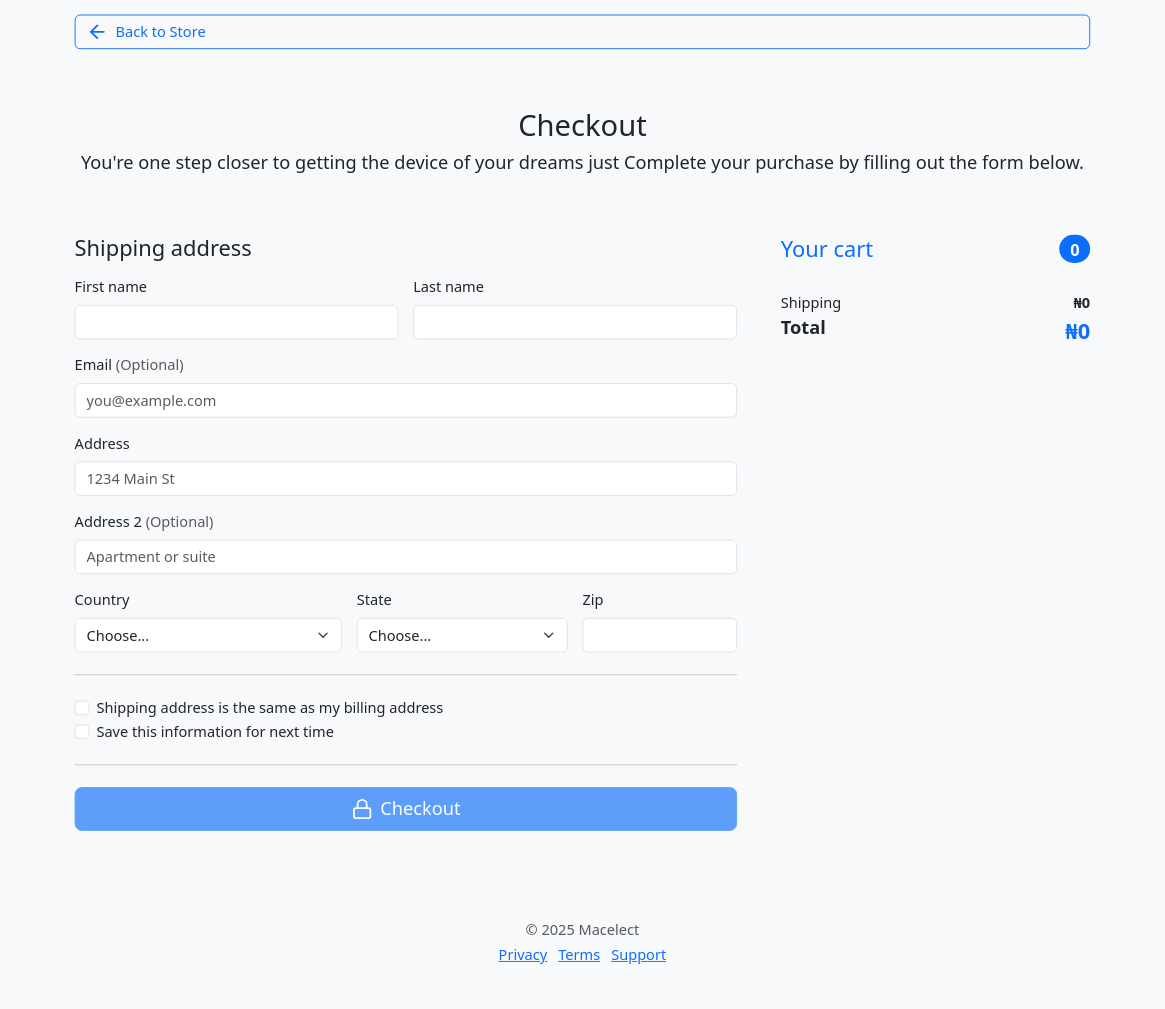
Repository: Davidobi21/macelect
Page: frontend/pages/checkout.html
An editor plug-in stored every save of this project. The page is shown before and after the next save, followed by the edit.
The browser window is 1280 px wide. The pictures show the whole page, at 91% of full size.

Above is the page before, as saved 2025-04-30 07:14:16.

### frontend/pages/checkout.html
<!DOCTYPE html>
<html lang="en">
<head>
  <meta charset="UTF-8">
  <meta name="viewport" content="width=device-width, initial-scale=1.0">
  <title>Checkout</title>
  <script src="https://cdn.jsdelivr.net/npm/lucide@latest/dist/umd/lucide.min.js"></script>
  <link href="https://cdn.jsdelivr.net/npm/bootstrap@5.3.0-alpha1/dist/css/bootstrap.min.css" rel="stylesheet">
</head>
<body class="bg-light">
  <div class="container">
    <!-- Back Button -->
    <div class="py-3">
      <a href="../pages/products.html" class="btn btn-outline-primary d-flex align-items-center gap-2">
        <i data-lucide="arrow-left"></i> Back to Store
      </a>
    </div>

    <main>
      <div class="py-5 text-center">
        <h2>Checkout</h2>
        <p class="lead">You're one step closer to getting the device of your dreams just Complete your purchase by filling out the form below.</p>
      </div>

      <div class="row g-5">
        <!-- Cart Summary -->
        <div class="col-md-5 col-lg-4 order-md-last">
          <h4 class="d-flex justify-content-between align-items-center mb-3">
            <span class="text-primary">Your cart</span>
            <span class="badge bg-primary rounded-pill cart-count">0</span>
          </h4>
          <ul class="list-group mb-3" id="cart-summary">
            <!-- Cart items will be dynamically populated here -->
          </ul>
          <li class="list-group-item d-flex justify-content-between">
            <span>Shipping</span>
            <strong id="shipping-cost">₦0</strong>
          </li>
          <li class="list-group-item d-flex justify-content-between">
            <span class="fs-5 fw-bold">Total</span>
            <strong id="cart-total" class="fs-4 fw-bold text-primary">₦0</strong>
          </li>
        </div>

        <!-- Billing Form -->
        <div class="col-md-7 col-lg-8">
          <h4 class="mb-3">Shipping address</h4>
          <form>
            <div class="row g-3">
              <div class="col-sm-6">
                <label for="firstName" class="form-label">First name</label>
                <input type="text" class="form-control" id="firstName" placeholder="" value="" required>
              </div>

              <div class="col-sm-6">
                <label for="lastName" class="form-label">Last name</label>
                <input type="text" class="form-control" id="lastName" placeholder="" value="" required>
              </div>

              <div class="col-12">
                <label for="email" class="form-label">Email <span class="text-muted">(Optional)</span></label>
                <input type="email" class="form-control" id="email" placeholder="you@example.com">
              </div>

              <div class="col-12">
                <label for="address" class="form-label">Address</label>
                <input type="text" class="form-control" id="address" placeholder="1234 Main St" required>
              </div>

              <div class="col-12">
                <label for="address2" class="form-label">Address 2 <span class="text-muted">(Optional)</span></label>
                <input type="text" class="form-control" id="address2" placeholder="Apartment or suite">
              </div>

              <div class="col-md-5">
                <label for="country" class="form-label">Country</label>
                <select class="form-select" id="country" required>
                  <option value="">Choose...</option>
                  <option value="Nigeria">Nigeria</option>
                  <option value="United States">United States</option>
                </select>
              </div>

              <div class="col-md-4">
                <label for="state" class="form-label">State</label>
                <select class="form-select" id="state" required>
                  <option value="">Choose...</option>
                  <option value="Lagos">Lagos</option>
                  <option value="California">California</option>
                </select>
              </div>

              <div class="col-md-3">
                <label for="zip" class="form-label">Zip</label>
                <input type="text" class="form-control" id="zip" placeholder="" required>
              </div>
            </div>

            <hr class="my-4">

            <div class="form-check">
              <input type="checkbox" class="form-check-input" id="same-address">
              <label class="form-check-label" for="same-address">Shipping address is the same as my billing address</label>
            </div>

            <div class="form-check">
              <input type="checkbox" class="form-check-input" id="save-info">
              <label class="form-check-label" for="save-info">Save this information for next time</label>
            </div>

            <hr class="my-4">

            <button id="checkoutButton" class="w-100 btn btn-primary btn-lg d-flex align-items-center justify-content-center gap-2" type="submit" disabled>
              <i id="padlockIcon" data-lucide="lock"></i> Checkout
            </button>
          </form>
        </div>
      </div>
    </main>

    <footer class="my-5 pt-5 text-muted text-center text-small">
      <p class="mb-1">© 2025 Macelect</p>
      <ul class="list-inline">
        <li class="list-inline-item"><a href="../pages/fqa.html">Privacy</a></li>
        <li class="list-inline-item"><a href="../pages/fqa.html">Terms</a></li>
        <li class="list-inline-item"><a href="../pages/fqa.html">Support</a></li>
      </ul>
    </footer>
  </div>
  <script src="https://cdn.jsdelivr.net/npm/bootstrap@5.3.0-alpha1/dist/js/bootstrap.bundle.min.js"></script>
  <script>
    document.addEventListener("DOMContentLoaded", () => {
      lucide.createIcons(); // Initialize Lucide icons

      const cartSummary = document.getElementById("cart-summary");
      const cartTotal = document.getElementById("cart-total");
      const shippingCostElement = document.getElementById("shipping-cost");
      const cartCount = document.querySelector(".cart-count");
      const countrySelect = document.getElementById("country");
      const stateSelect = document.getElementById("state");
      const checkoutButton = document.getElementById("checkoutButton");
      const padlockIcon = document.getElementById("padlockIcon");
      const formInputs = document.querySelectorAll("#firstName, #lastName, #email, #address, #country, #state, #zip");

      const cart = JSON.parse(localStorage.getItem("cart")) || [];
      let total = 0;

      function calculateShippingCost(country, state) {
        if (country === "Nigeria") {
          if (state === "Lagos") return 500; // Example shipping cost for Lagos
          return 1000; // Example shipping cost for other states in Nigeria
        } else if (country === "United States") {
          return 5000; // Example shipping cost for the US
        }
        return 0; // Default shipping cost
      }

      function updateCartSummary() {
        cartSummary.innerHTML = ""; // Clear existing content
        total = 0;

        cart.forEach(item => {
          const itemTotal = item.price * item.quantity;
          total += itemTotal;

          const listItem = document.createElement("li");
          listItem.className = "list-group-item d-flex justify-content-between lh-sm";
          listItem.innerHTML = `
            <div>
              <h6 class="my-0">${item.name}</h6>
              <small class="text-muted">Quantity: ${item.quantity}</small>
            </div>
            <span class="text-muted">₦${itemTotal.toLocaleString()}</span>
          `;
          cartSummary.appendChild(listItem);
        });

        const country = countrySelect.value;
        const state = stateSelect.value;
        const shippingCost = calculateShippingCost(country, state);

        shippingCostElement.textContent = `₦${shippingCost.toLocaleString()}`;
        cartTotal.textContent = `₦${(total + shippingCost).toLocaleString()}`;
        cartCount.textContent = cart.reduce((count, item) => count + item.quantity, 0);

        validateCheckoutButton(); // Check if the button should be enabled
      }

      function validateCheckoutButton() {
        const isFormValid = Array.from(formInputs).every(input => input.value.trim() !== "");
        const isCartNotEmpty = cart.length > 0;

        if (isFormValid && isCartNotEmpty) {
          checkoutButton.disabled = false;
          padlockIcon.setAttribute("data-lucide", "unlock");
        } else {
          checkoutButton.disabled = true;
          padlockIcon.setAttribute("data-lucide", "lock");
        }
        lucide.createIcons(); // Refresh Lucide icons
      }

      formInputs.forEach(input => {
        input.addEventListener("input", validateCheckoutButton);
      });

      countrySelect.addEventListener("change", updateCartSummary);
      stateSelect.addEventListener("change", updateCartSummary);

      updateCartSummary(); // Initial update
    });
  </script>
</body>
</html>

After the next save:
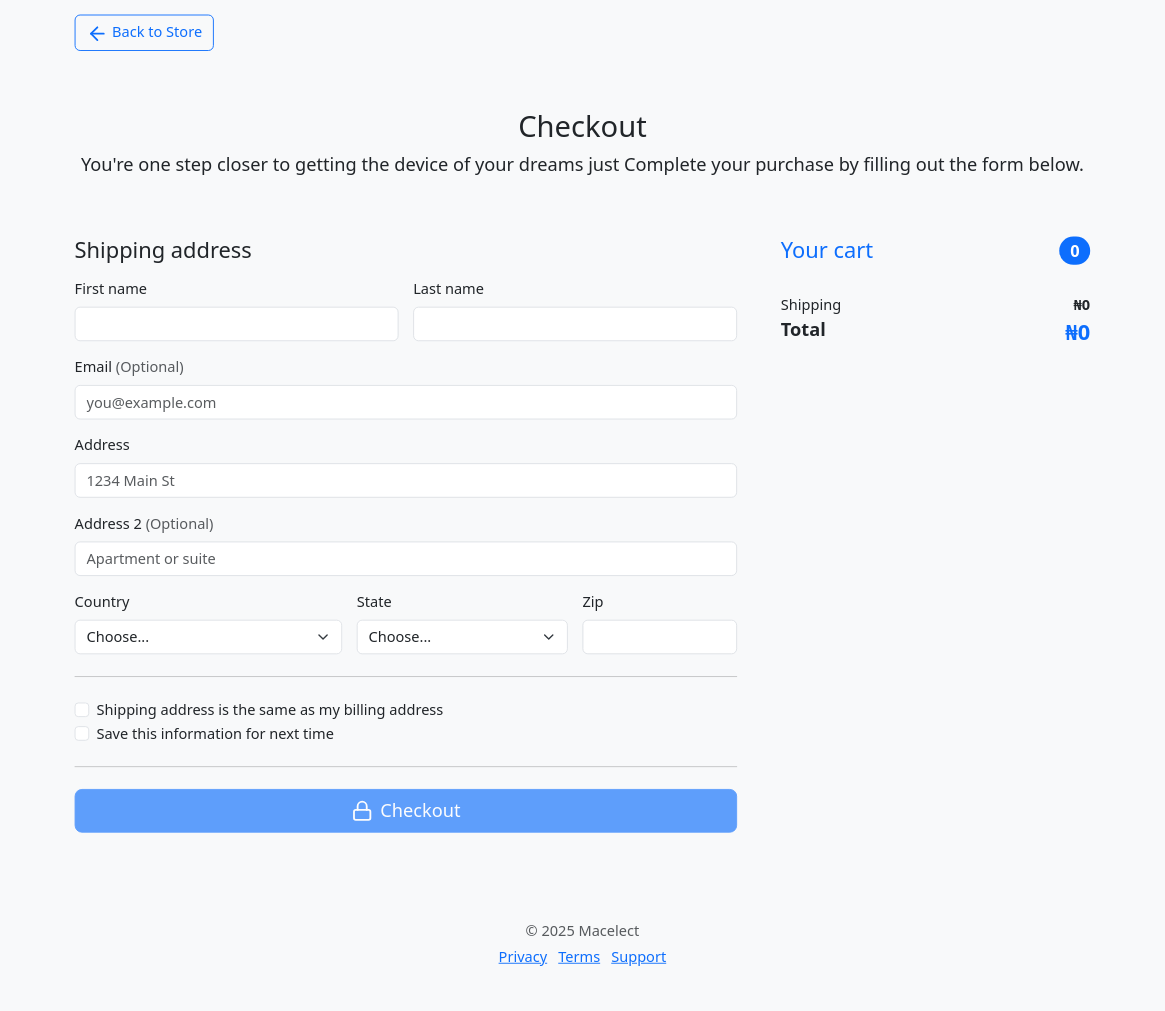
Saved 4 min 5 s later.
--- a/frontend/pages/checkout.html
+++ b/frontend/pages/checkout.html
@@ -11,7 +11,7 @@
   <div class="container">
     <!-- Back Button -->
     <div class="py-3">
-      <a href="../pages/products.html" class="btn btn-outline-primary d-flex align-items-center gap-2">
+      <a href="../pages/products.html" class="btn btn-outline-primary align-items-center gap-2">
         <i data-lucide="arrow-left"></i> Back to Store
       </a>
     </div>
